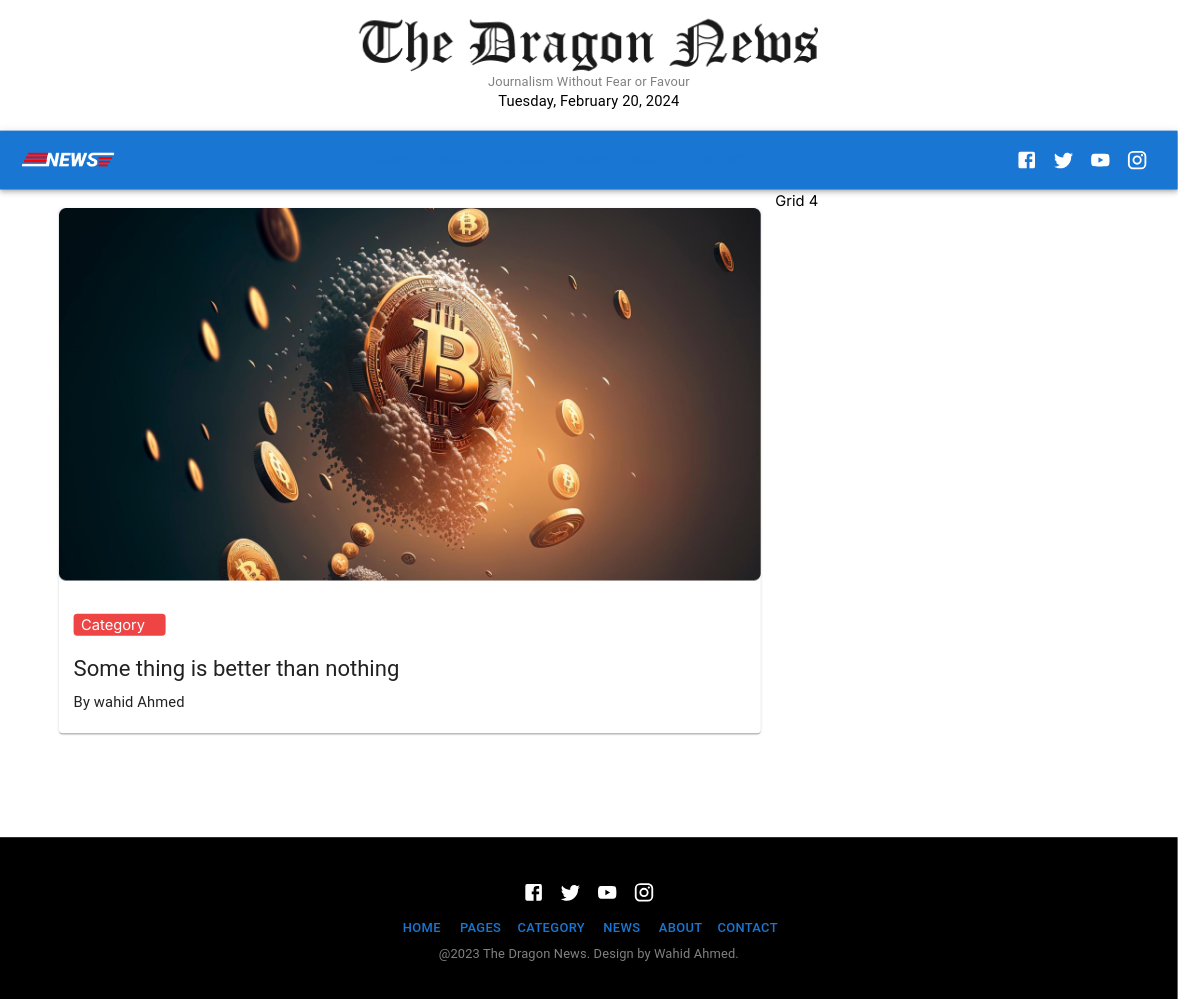
Repository: Wahid137/daily-news-nextjs
Page: /
These files come from the project's save history. The page is drawn as it stood at one moment and after a run of saves; the edit follows.
The browser window is 1280 px wide. The pictures show the whole page, at 92% of full size.
The project was rebuilt for these pictures with package versions that can differ from the ones it lists, and the page was loaded fresh each time. The framework's server and built-in components were replaced by stand-ins that run in the browser. Also part of the build but not shown: next.config.mjs.

Above is the page before, as saved 2024-02-22 23:07:05.

### src/app/layout.js
import Footer from "@/components/shared/Footer";
import Navbar from "@/components/shared/Navbar";
import { Container } from "@mui/material";
import { Inter } from "next/font/google";
import "./globals.css";

const inter = Inter({ subsets: ["latin"] });

export const metadata = {
  title: "Create Next App",
  description: "Generated by create next app",
};

export default function RootLayout({ children }) {
  return (
    <html lang="en">
      <body className={inter.className}>
        <Navbar />
        <Container className="h-screen">
          {children}
        </Container>
        <Footer />
      </body>
    </html>
  );
}

### src/app/page.js
import LatestNews from "@/components/ui/LatestNews/LatestNews";
import { Grid } from "@mui/material";

export default function Home() {
  return (
    <Grid container spacing={2}>
      <Grid item xs={8}>
        <LatestNews />
      </Grid>
      <Grid item xs={4}>
        <h1>Grid 4</h1>
      </Grid>
    </Grid>
  );
}

### src/components/shared/Footer.js
import {
    Box,
    Button,
    Container,
    IconButton,
    Typography
} from "@mui/material";
// icons
import { Facebook, Instagram, Twitter, YouTube } from "@mui/icons-material";
import Link from "next/link";
const Footer = () => {
    const navItems = [
        {
            route: "Home",
            pathname: "/",
        },
        {
            route: "Pages",
            pathname: "/pages",
        },
        {
            route: "Category",
            pathname: "/category",
        },
        {
            route: "News",
            pathname: "/news",
        },
        {
            route: "About",
            pathname: "/about",
        },
        {
            route: "Contact",
            pathname: "/contact",
        },
    ];
    return (
        <Box className="bg-black px-2 py-10">
            <Container>
                <Box
                    className="w-full text-center"
                    sx={{
                        "& svg": {
                            color: "white",
                        },
                    }}
                >
                    <IconButton>
                        <Facebook />
                    </IconButton>
                    <IconButton>
                        <Twitter />
                    </IconButton>
                    <IconButton>
                        <YouTube />
                    </IconButton>
                    <IconButton>
                        <Instagram />
                    </IconButton>
                </Box>
                <Box className="w-full text-center">
                    {navItems.map((item) => (
                        <Link key={item} href={item.pathname}>
                            <Button className="text-white">{item.route}</Button>
                        </Link>
                    ))}
                </Box>

                <Typography variant="body2" color="gray" textAlign="center">
                    @2023 The Dragon News. Design by Wahid Ahmed.
                </Typography>
            </Container>
        </Box>
    );
};

export default Footer;

### src/components/shared/Navbar.js
"use client"

import logo from "@/assets/logo.png";
import { Facebook, Instagram, Twitter, YouTube } from "@mui/icons-material";
import { IconButton, Stack } from "@mui/material";
import AppBar from '@mui/material/AppBar';
import Box from '@mui/material/Box';
import Button from '@mui/material/Button';
import Container from '@mui/material/Container';
import Toolbar from '@mui/material/Toolbar';
import Image from 'next/image';
import Header from "./Header";

const navItems = [
    {
        route: "Home",
        pathname: "/",
    },
    {
        route: "Pages",
        pathname: "/pages",
    },
    {
        route: "Category",
        pathname: "/categories/news?category=all-news",
    },
    {
        route: "News",
        pathname: "/news",
    },
    {
        route: "About",
        pathname: "/about",
    },
    {
        route: "Contact",
        pathname: "/contact",
    },
];



function Navbar() {


    return (
        <>
            <Header />
            <AppBar position="static" className="bg-black">
                <Container maxWidth="xl">
                    <Toolbar disableGutters>

                        <Image src={logo} width={100} height={100} alt='logo' />

                        <Box className="w-full text-center">
                            {navItems.map((item) => (
                                <Button
                                    key={item}
                                    className="text-white r"
                                >
                                    {item.route}
                                </Button>
                            ))}
                        </Box>

                        <Box>
                            <Stack
                                direction="row"
                                sx={{
                                    "& svg": {
                                        color: "white",
                                    },
                                }}
                            >
                                <IconButton>
                                    <Facebook />
                                </IconButton>
                                <IconButton>
                                    <Twitter />
                                </IconButton>
                                <IconButton>
                                    <YouTube />
                                </IconButton>
                                <IconButton>
                                    <Instagram />
                                </IconButton>
                            </Stack>
                        </Box>

                    </Toolbar>
                </Container>
            </AppBar>
        </>
    );
}
export default Navbar;

### src/components/ui/LatestNews/LatestNews.js
"use client"
import topNews from "@/assets/top-news.png";
import { Box, CardActionArea, CardContent, Typography } from '@mui/material';
import Card from '@mui/material/Card';
import CardMedia from '@mui/material/CardMedia';
import Image from 'next/image';

export default function LatestNews() {
    return (
        <Box className="my-5">
            <Card >
                <CardActionArea>
                    <CardMedia>
                        <Image
                            src={topNews}
                            width={800}
                            height={500}
                            alt="top news"
                        />                </CardMedia>

                    <CardContent>
                        <p
                            className="
                      w-[100px]
                      bg-red-500
                      px-2
                      text-white
                      my-5
                      rounded
                      "
                        >
                            Category
                        </p>
                        <Typography gutterBottom variant="h5" component="div">
                            Some thing is better than nothing
                        </Typography>
                        <Typography gutterBottom className="my-3">
                            By wahid Ahmed
                        </Typography>
                    </CardContent>
                </CardActionArea>
            </Card >
        </Box>
    );
}

### src/components/shared/Header.js
import headingImage from "@/assets/The Dragon News.png";
import { getCurrentDate } from "@/utils/getCurrentData";
import { Box, Container, Typography } from "@mui/material";
import Image from "next/image";
const Header = () => {
    const currentDate = getCurrentDate();
    return (
        <Box className="w-full my-5">
            <Container>
                <Image
                    src={headingImage}
                    width={500}
                    height={500}
                    alt="logo"
                    className=" mx-auto"
                />
                <Typography
                    variant="body2"
                    color="gray"
                    textAlign="center"
                    className="my-2"
                >
                    Journalism Without Fear or Favour
                </Typography>
                <Typography textAlign="center">{currentDate}</Typography>
            </Container>
        </Box>
    );
};

export default Header;

### src/utils/getCurrentData.js
export function getCurrentDate() {
    const currentDate = new Date();

    const days = [
        "Sunday",
        "Monday",
        "Tuesday",
        "Wednesday",
        "Thursday",
        "Friday",
        "Saturday",
    ];
    const months = [
        "January",
        "February",
        "March",
        "April",
        "May",
        "June",
        "July",
        "August",
        "September",
        "October",
        "November",
        "December",
    ];

    const day = days[currentDate.getDay()];
    const month = months[currentDate.getMonth()];
    const date = currentDate.getDate();
    const year = currentDate.getFullYear();

    return `${day}, ${month} ${date}, ${year}`;
}

// Call the function to display the current date
// getCurrentDate();

Loaded but not shown: src/app/globals.css (common file); tailwind.config.js (common file)

After the next 2 saves:
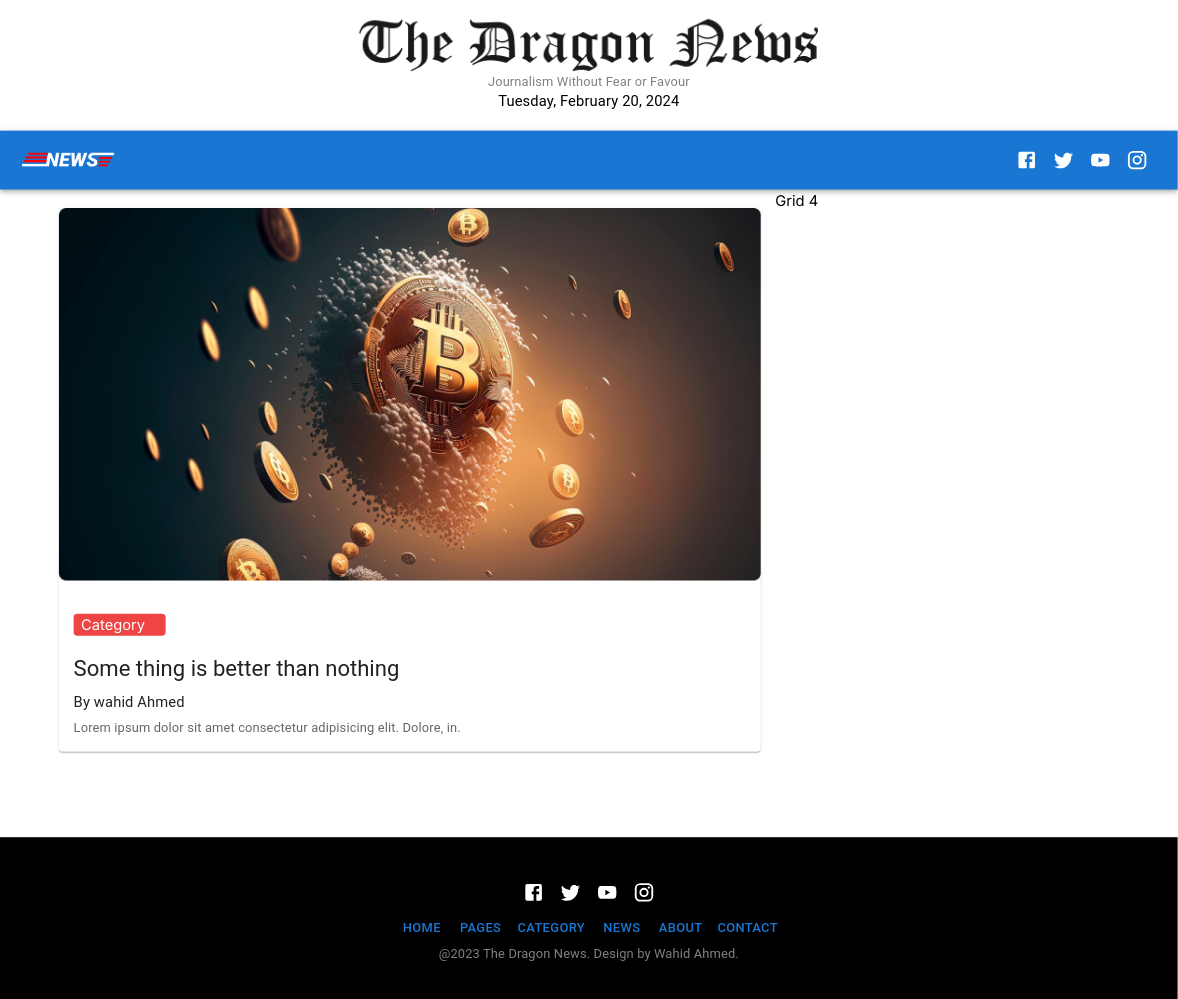
The 2 saves are shown as one change because 1 did not build or start.
The last was saved 74 s later.
--- a/src/components/ui/LatestNews/LatestNews.js
+++ b/src/components/ui/LatestNews/LatestNews.js
@@ -37,6 +37,9 @@ export default function LatestNews() {
                         <Typography gutterBottom className="my-3">
                             By wahid Ahmed
                         </Typography>
+                        <Typography variant="body2" color="text.secondary">
+                            Lorem ipsum dolor sit amet consectetur adipisicing elit. Dolore, in.
+                        </Typography>
                     </CardContent>
                 </CardActionArea>
             </Card >
